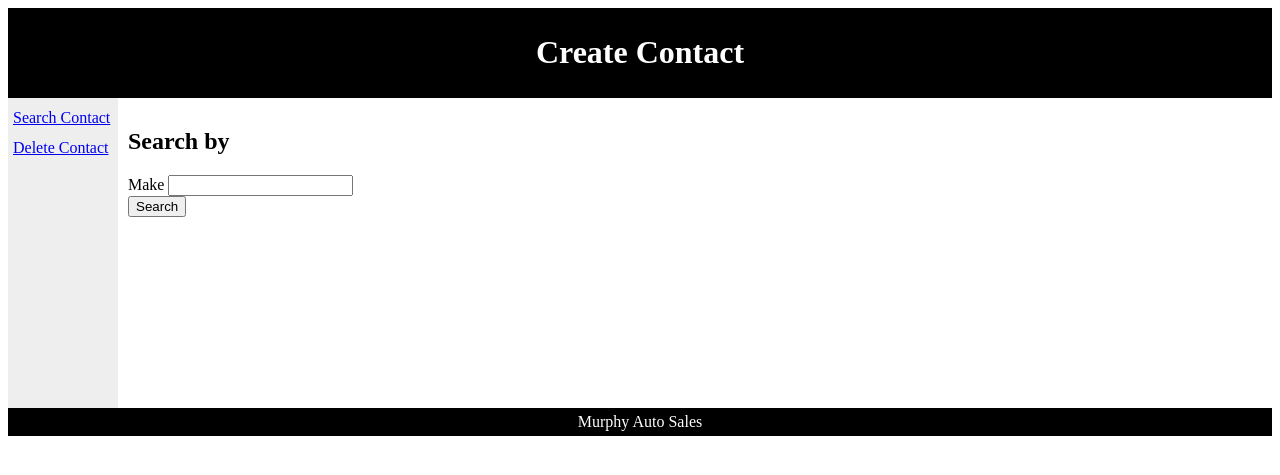
Repository: briantran140/intro-to-software-engineering-tech-exercise
Page: techExercise-tran/src/main/webapp/search_tran.html
An editor plug-in stored every save of this project. The page is shown before and after the next save, followed by the edit.
The browser window is 1280 px wide. The pictures show the whole page.

Above is the page before, as saved 2023-10-13 03:50:02.

After the next save:
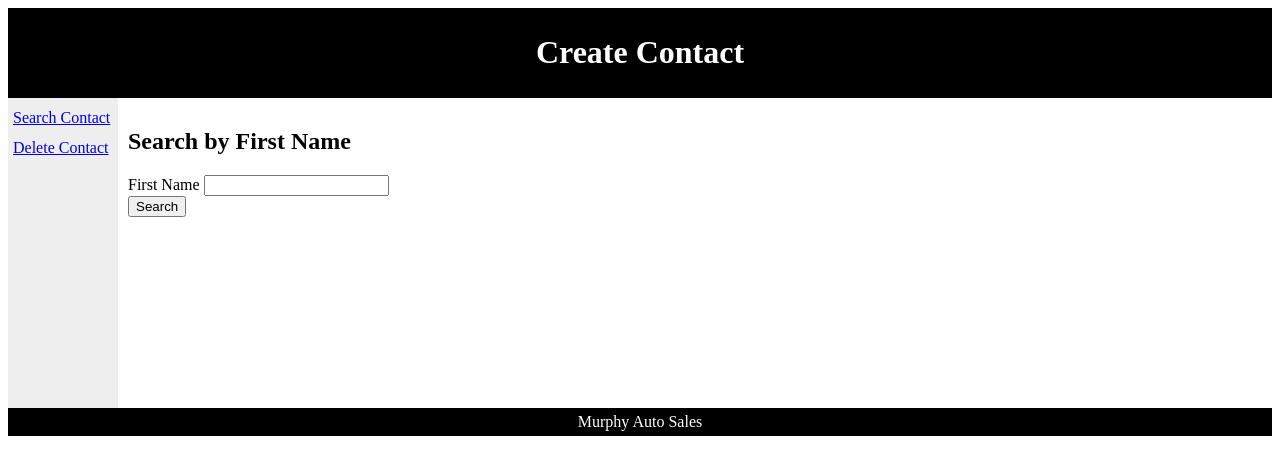
Saved 19 s later.
--- a/techExercise-tran/src/main/webapp/search_tran.html
+++ b/techExercise-tran/src/main/webapp/search_tran.html
@@ -41,11 +41,11 @@ footer {
 </nav>
 
 <section>
-	<h1>Search by </h1>
+	<h1>Search by First Name</h1>
 
-	<form action="SearchMurphy" method="POST">
+	<form action="Search" method="POST">
 
-		Make <input type="text" name="keyword"> <br />
+		First Name <input type="text" name="keyword"> <br />
 
 		<input type="submit" value="Search" />
 	</form>
